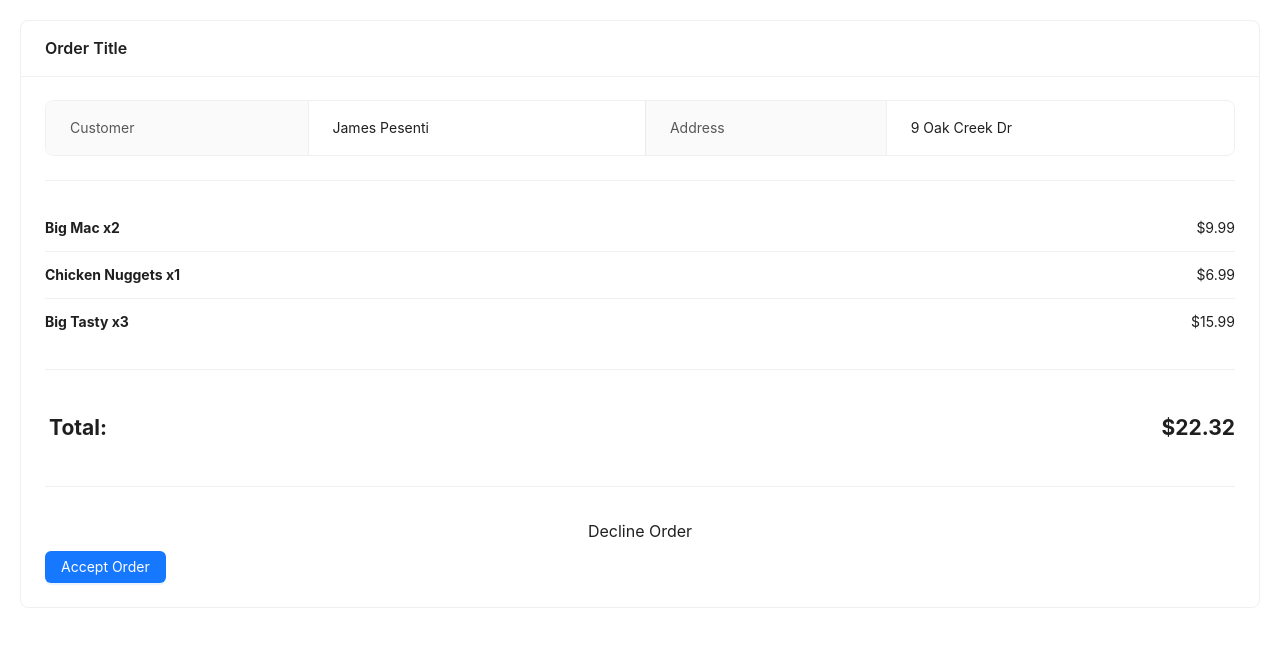
Repository: JamesPesenti/UberEatsDashboard
Page: /menu
These files come from the project's save history. The page is drawn as it stood at one moment and after the next save; the edit follows.
The browser window is 1280 px wide. The pictures show the whole page.
The project was rebuilt for these pictures with package versions that can differ from the ones it lists, and the page was loaded fresh each time.

Above is the page before, as saved 2023-02-25 07:06:33.

After the next save:
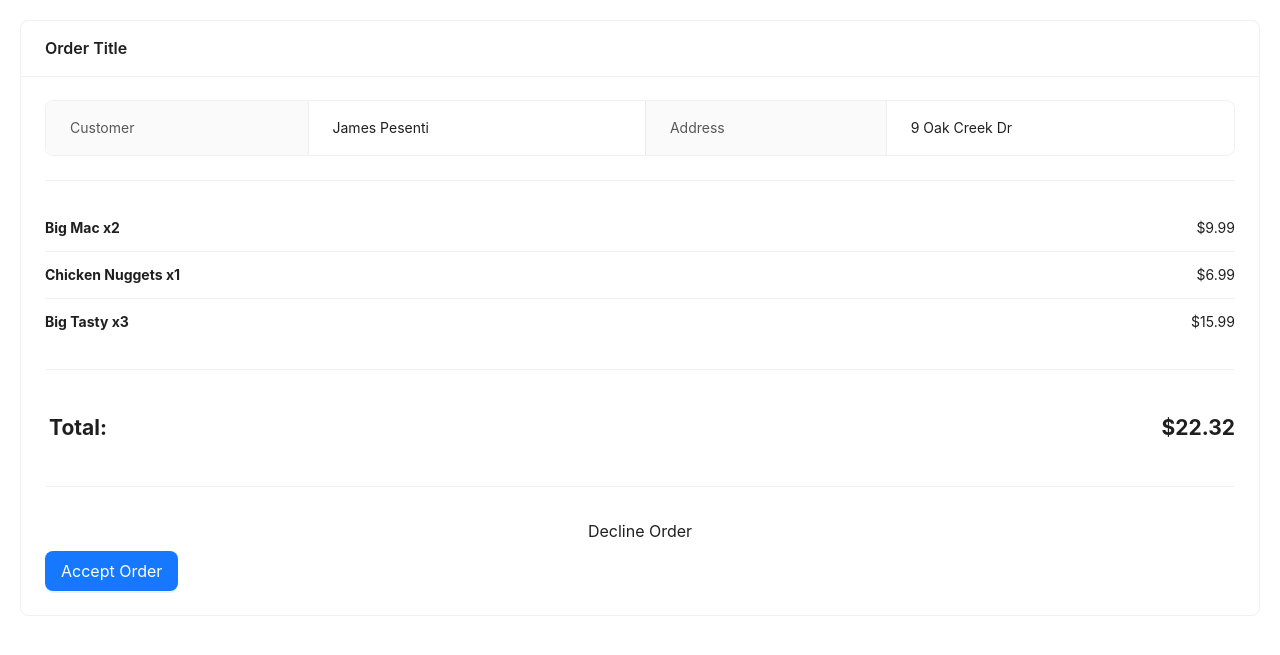
Saved 6 s later.
--- a/src/App.js
+++ b/src/App.js
@@ -30,7 +30,7 @@ function App() {
             <Button block type="ghost" size="large">
               Decline Order
             </Button>
-            <Button type="primary">
+            <Button type="primary" size="large">
               Accept Order
             </Button>
         </div>
